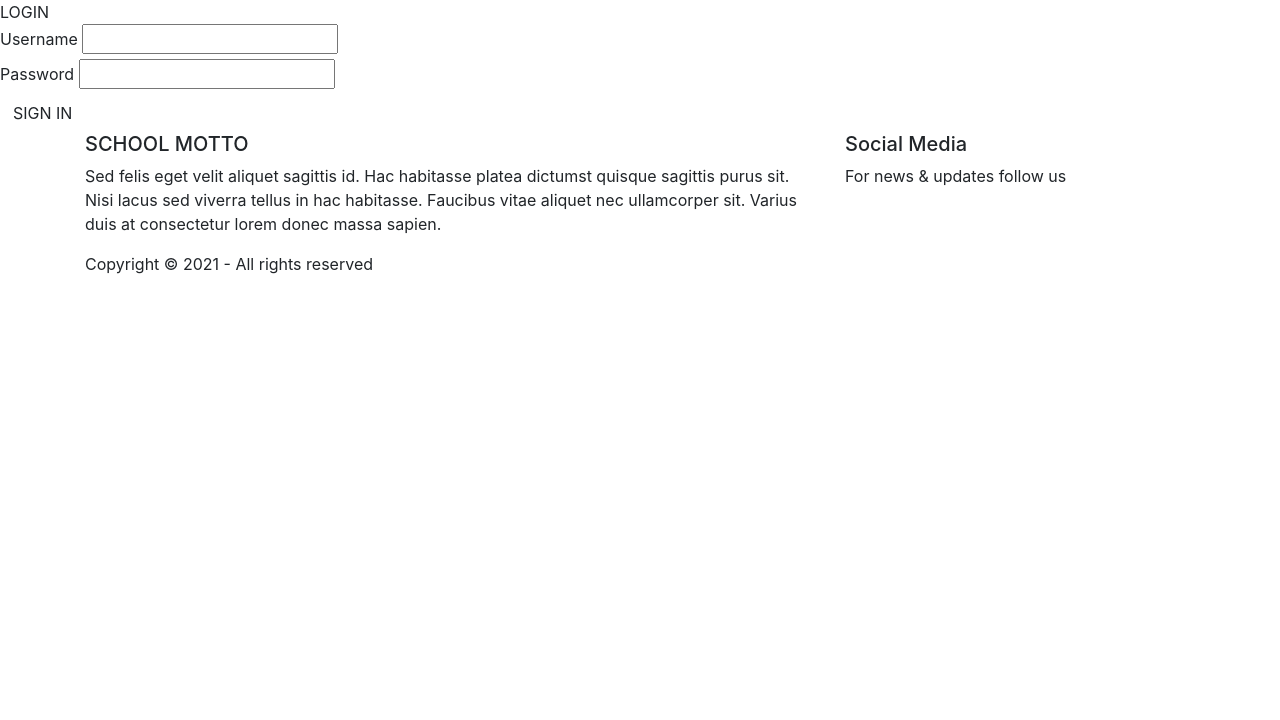
Repository: SaxenaAbhay/DBMS2023
Page: http://localhost/login
An editor plug-in stored every save of this project. The page is shown before and after the next save, followed by the edit.
The browser window is 1280 px wide. The pictures show the whole page.
The page is this project's Thymeleaf template; nobody is signed in. The template is opened directly, without the code that normally fills it, so the values that code supplies are empty.

Above is the page before, as saved 2023-10-25 10:43:11.

After the next save:
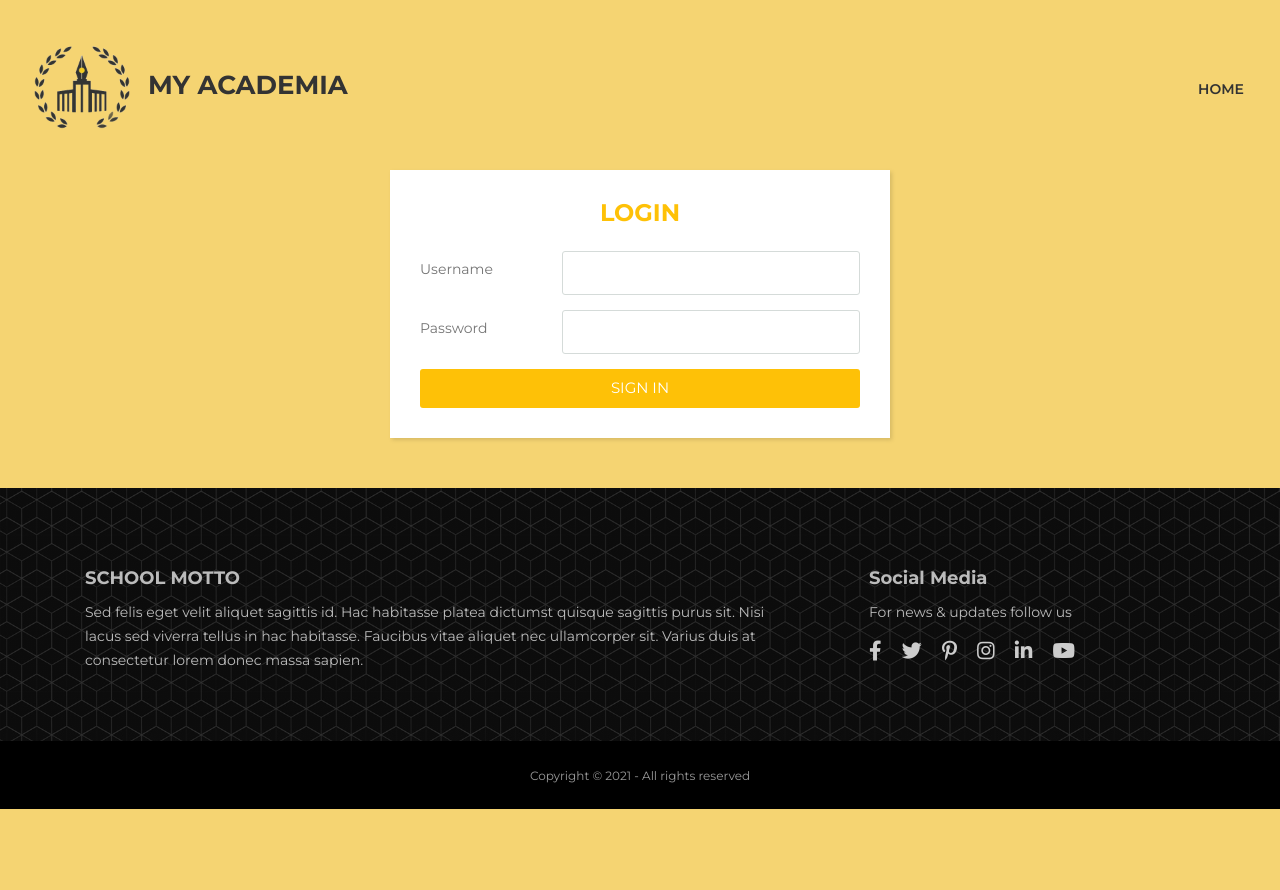
Saved 6 s later.
--- a/school-managment-system/src/main/resources/templates/login.html
+++ b/school-managment-system/src/main/resources/templates/login.html
@@ -1,13 +1,65 @@
 <!DOCTYPE html>
-<html>
+<html lang="en">
+
 <head>
-<meta charset="ISO-8859-1">
-<title>School Management System</title>
-<link rel="stylesheet" href="https://cdn.jsdelivr.net/npm/bootstrap@4.6.2/dist/css/bootstrap.min.css" integrity="sha384-xOolHFLEh07PJGoPkLv1IbcEPTNtaed2xpHsD9ESMhqIYd0nLMwNLD69Npy4HI+N" crossorigin="anonymous">
-
+    <meta charset="utf-8">
+    <meta name="viewport" content="width=device-width, initial-scale=1, shrink-to-fit=no">
+
+    <!-- SEO Meta Tags -->
+    <meta name="description" content="My Academia">
+    <meta name="keywords" content="school website, responsive">
+    <meta name="author" content="XYZ">
+
+    <!-- Website Title -->
+    <title>My Academia</title>
+
+    <link href="https://fonts.googleapis.com/css?family=Montserrat:400,400i,600,700,700i&display=swap" rel="stylesheet">
+
+    <link href="css/bootstrap.css" rel="stylesheet">
+    <link href="css/fontawesome-all.css" rel="stylesheet">
+    <link href="css/swiper.css" rel="stylesheet">
+    <link href="css/styles.css" rel="stylesheet">
+
+    <link rel="icon" href="images/logo2.jpg">
+
+    <!-- Scripts -->
+    <script src="js/jquery.min.js" defer></script>
+    <script src="js/popper.min.js" defer></script>
+    <script src="js/bootstrap.min.js" defer></script>
+    <script src="js/jquery.easing.min.js" defer></script>
+    <script src="js/swiper.min.js" defer></script>
+    <script src="js/validator.min.js" defer></script>
+    <script src="js/scripts.js" defer></script>
 </head>
 
-<body>
+<body data-spy="scroll" data-target=".fixed-top" class="application">
+
+    <!-- Preloader -->
+    <div class="spinner-wrapper">
+        <div class="spinner">
+            <div class="bounce1"></div>
+            <div class="bounce2"></div>
+            <div class="bounce3"></div>
+        </div>
+    </div>
+    <!-- end of preloader -->
+
+
+    <!-- Navigation -->
+    <nav class="navbar navbar-expand-lg navbar-dark navbar-custom fixed-top">
+
+        <!-- Logo -->
+        <a class="navbar-brand logo-image" href="./index.html"><img src="./images/logo.jpg"></a>
+        <h3>MY ACADEMIA</h3>
+
+        <div class="collapse navbar-collapse" id="navbarsExampleDefault">
+            <ul class="navbar-nav ml-auto">
+                <li class="nav-item">
+                    <a class="nav-link page-scroll" href="./dashboard.html">HOME</a>
+                </li>
+            </ul>
+        </div>
+    </nav>
 
     <div class="wrapper">
         <div class="title">LOGIN</div>
